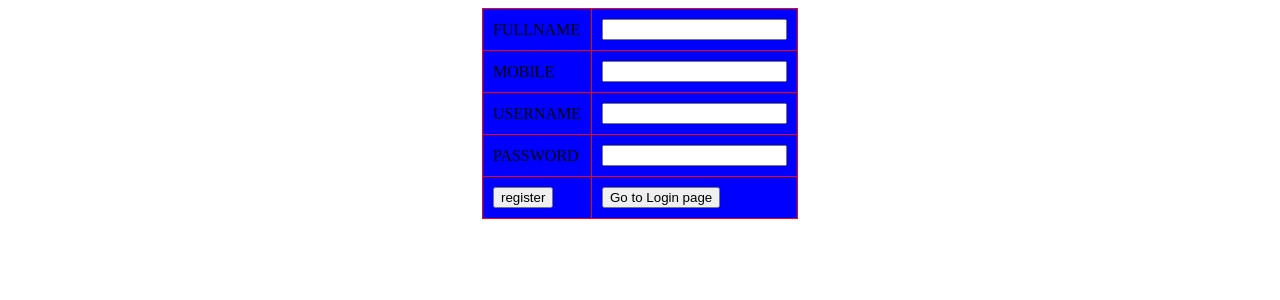
Repository: saik46573/sai
Page: eclipse-workspace/Project/src/main/webapp/Registration.html
These files come from the project's save history. The page is drawn as it stood at one moment and after the next save; the edit follows.
The browser window is 1280 px wide. The pictures show the whole page.

Above is the page before, as saved 2023-08-08 09:47:50.
Console error (its wording comes from the project's code and is left out).

### eclipse-workspace/Project/src/main/webapp/Registration.html
<!DOCTYPE html>
<html>
<head>
<meta charset="ISO-8859-1">
<title>Insert title here</title>
</head>
<body>
	<form action="app1" method ="post">
		<table align="center" border="1" bordercolor="red" bgcolor="blue" cellpadding="10px" style=" border-collapse:collapse">
			<tr>
				<td>FULLNAME</td>
				<td><input type ="text" name="fullname"></td>
			</tr>
			<tr>
				<td>MOBILE</td>
				<td><input type ="text" name="mobile"></td>
			</tr>
			<tr>
				<td>USERNAME</td>
				<td><input type ="text" name="username"></td>
			</tr>
			<tr>
				<td>PASSWORD</td>
				<td><input type ="text" name="password"></td>
			</tr>
			<tr>
				<td><input type ="submit" value="register"></td>
				<td><input type ="button" value="Go to Login page" onclick=<a href={Login.html}></td>
			</tr>
		</table>
	</form>
</body>
</html>

After the next save:
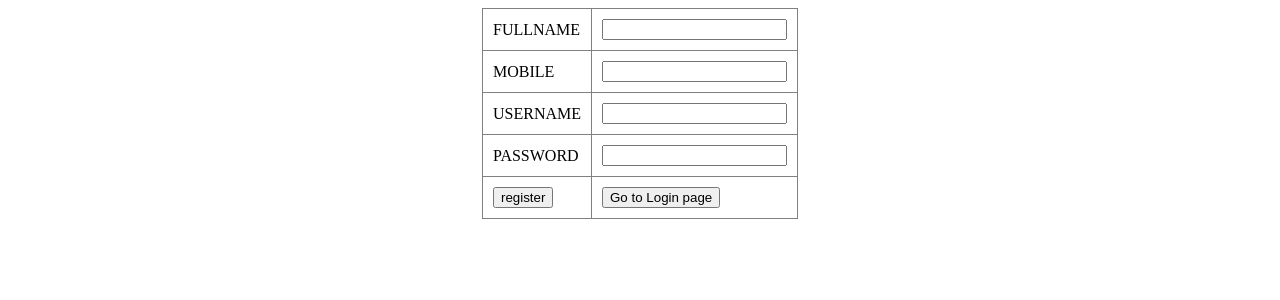
Saved 41 s later.
--- a/eclipse-workspace/Project/src/main/webapp/Registration.html
+++ b/eclipse-workspace/Project/src/main/webapp/Registration.html
@@ -6,7 +6,7 @@
 </head>
 <body>
 	<form action="app1" method ="post">
-		<table align="center" border="1" bordercolor="red" bgcolor="blue" cellpadding="10px" style=" border-collapse:collapse">
+		<table align="center" border="1"  cellpadding="10px" style=" border-collapse:collapse">
 			<tr>
 				<td>FULLNAME</td>
 				<td><input type ="text" name="fullname"></td>
